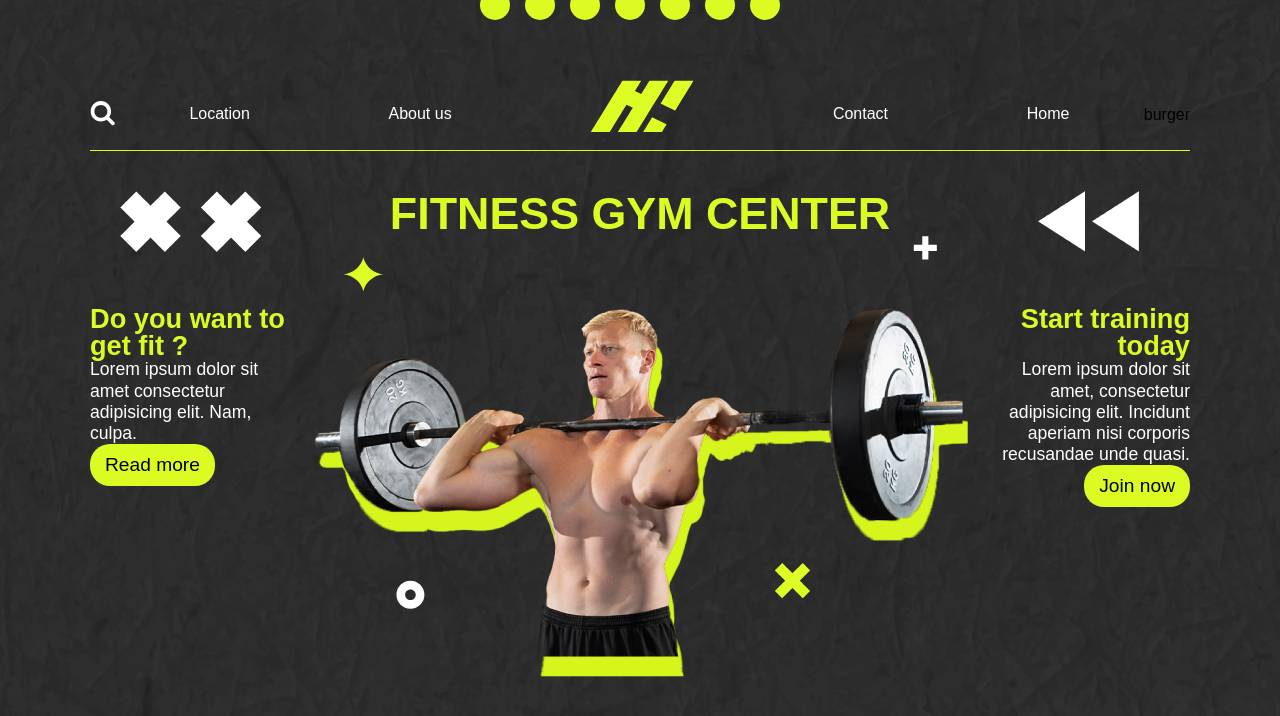
Repository: sem1103/fitness-test
Page: index.html
An editor plug-in stored every save of this project. The page is shown before and after the next save, followed by the edit.
The browser window is 1280 px wide. The pictures show the whole page.

Above is the page before, as saved 2023-11-03 18:48:11.

### index.html
<!DOCTYPE html>
<html lang="en">
<head>
    <meta charset="UTF-8">
    <meta name="viewport" content="width=device-width, initial-scale=1.0">
    <title>Fitness</title>
    <link rel="stylesheet" href="style/reset.css"/>
    <link rel="stylesheet" href="style/main.css"/>
</head>
<body>
    <div id="circles">
        <ul>
            <li></li>
            <li></li>
            <li></li>
            <li></li>
            <li></li>
            <li></li>
            <li></li>
        </ul>
    </div>
    <header class="container">
        <div id="search">
            <svg version="1.2" xmlns="http://www.w3.org/2000/svg" viewBox="0 0 25 25" width="25" height="25"><style>.a{fill:#fff}</style><path fill-rule="evenodd" class="a" d="m23 24.2c-0.5 0-1 0-1.4-0.5-4.9-4.9-4.9-4.9-4.9-4.9-1.9 1.2-3.7 1.6-5.8 1.6-5.6 0-10.2-4.4-10.2-10 0-5.8 4.6-10.3 10.2-10.3 5.6 0 10.2 4.5 10.2 10.3 0 1.9-0.7 4-1.9 5.6 4.9 5.1 4.9 5.1 4.9 5.1 0.5 0.3 0.7 0.7 0.7 1.2 0 1.2-0.9 1.9-1.8 1.9zm-12.1-20.3c-3.7 0-6.5 2.8-6.5 6.5 0 3.5 2.8 6.3 6.5 6.3 3.5 0 6.5-2.8 6.5-6.3 0-3.7-3-6.5-6.5-6.5z"/></svg>
        </div>
        <nav>
            <ul>
                <li><a href="">Location</a></li>
                <li><a href="">About us</a></li>
                <li><a href=""><img src="./img/logo.png" alt="Logo"></a></li>
                <li><a href="">Contact</a></li>
                <li><a href="">Home</a></li>
            </ul>
        </nav>
        <div id="burger__menu">burger</div>
    </header>
    <main>

        <div id="intro" class="container">
            <div class="side__section">
                <div class="img">
                    <img src="img/section-one.png" alt="">
                </div>
                <h2>Do you want
                    to get fit ?</h2>
                <p>Lorem ipsum dolor sit amet consectetur adipisicing elit. Nam, culpa.</p>
                <button>Read more</button>
            </div>
            <div class="main__section">
                <h1>FITNESS GYM
                    CENTER</h1>
                <img src="img/section-two.png" alt="">
            </div>
            <div class="side__section">
                <div class="img">
                    <img src="img/section-three.png" alt="">
                </div>
                <h2>Start training
                    today</h2>
                <p>Lorem ipsum dolor sit amet, consectetur adipisicing elit. Incidunt aperiam nisi corporis recusandae unde quasi.</p>
                <button>Join now</button>
            </div>
        </div>


    </main>
</body>
</html>

### style/reset.css
html, body, div, span, applet, object, iframe,
h1, h2, h3, h4, h5, h6, p, blockquote, pre,
a, abbr, acronym, address, big, cite, code,
del, dfn, em, img, ins, kbd, q, s, samp,
small, strike, strong, sub, sup, tt, var,
b, u, i, center,
dl, dt, dd, ol, ul, li,
fieldset, form, label, legend,
table, caption, tbody, tfoot, thead, tr, th, td,
article, aside, canvas, details, embed,
figure, figcaption, footer, header, hgroup,
menu, nav, output, ruby, section, summary,
time, mark, audio, video {
	margin: 0;
	padding: 0;
	border: 0;
	font-size: 100%;
	font: inherit;
	vertical-align: baseline;
}
/* HTML5 display-role reset for older browsers */
article, aside, details, figcaption, figure,
footer, header, hgroup, menu, nav, section {
	display: block;
}
body {
	line-height: 1;
	font-family: Arial, Helvetica, sans-serif;
}
ol, ul {
	list-style: none;
}
blockquote, q {
	quotes: none;
}
blockquote:before, blockquote:after,
q:before, q:after {
	content: '';
	content: none;
}
table {
	border-collapse: collapse;
	border-spacing: 0;
}
a{
	text-decoration: none;
}

### style/main.css
.container {
    max-width: 1100px;
    margin: auto;
}

body {
    background: url(./../img/background.png) center/cover;
    min-height: 100vh;
}

#circles ul {
    display: flex;
    flex-direction: row;
    width: 100%;
    justify-content: center;
    gap: 15px;
    margin: -10px;
}

#circles li {
    padding: 15px;
    border-radius: 50%;
    background-color: #dbfb23;
}

header {
    padding: 70px 0 0 0;
    border-bottom: 1px solid #dbfb23;
}

header,
nav ul {
    display: flex;
    flex-direction: row;
    justify-content: space-between;
    align-items: center;
}

nav {
    flex-basis: 80%;
}

nav ul {
    align-items: stretch;
}

nav li {
    display: flex;
    align-items: center;
    transition: all .3s ease-in-out;
    border-bottom: 2px solid transparent;
}
nav li:nth-child(3){
    margin: 0 0 15px 0;
    border: 0;
}
nav a {
    color: #fff;
}

nav li:hover {
    color: #dbfb23;
    transition: all .3s ease-in-out;
    border-color: #fff;
}
h1{
    font-size: 2.8rem;
    font-weight: 900;
    color: #dbfb23;
    text-align: center;
}
h2{
    color: #dbfb23;
    font-size: 1.7rem;
    font-weight: 600;
}
#intro{
    display: flex;
    flex-direction: row;
    padding: 40px 10px;
    gap: 20px;
}
#intro p{
    color: #fff;
    font-size: 1.1rem;
    line-height: 1.2;
}

#intro button{
    border: 0;
    outline: 0;
    padding: 10px 15px;
    background-color: #dbfb23;
    border-radius: 20px;
    font-size: 1.2rem;
    cursor: pointer;
}
.img{
    text-align: center;
    margin: 0 0 50px 0;
}
.side__section{
    flex-basis: 25%;
}
.side__section:last-of-type{
    text-align: right;
}

After the next save:
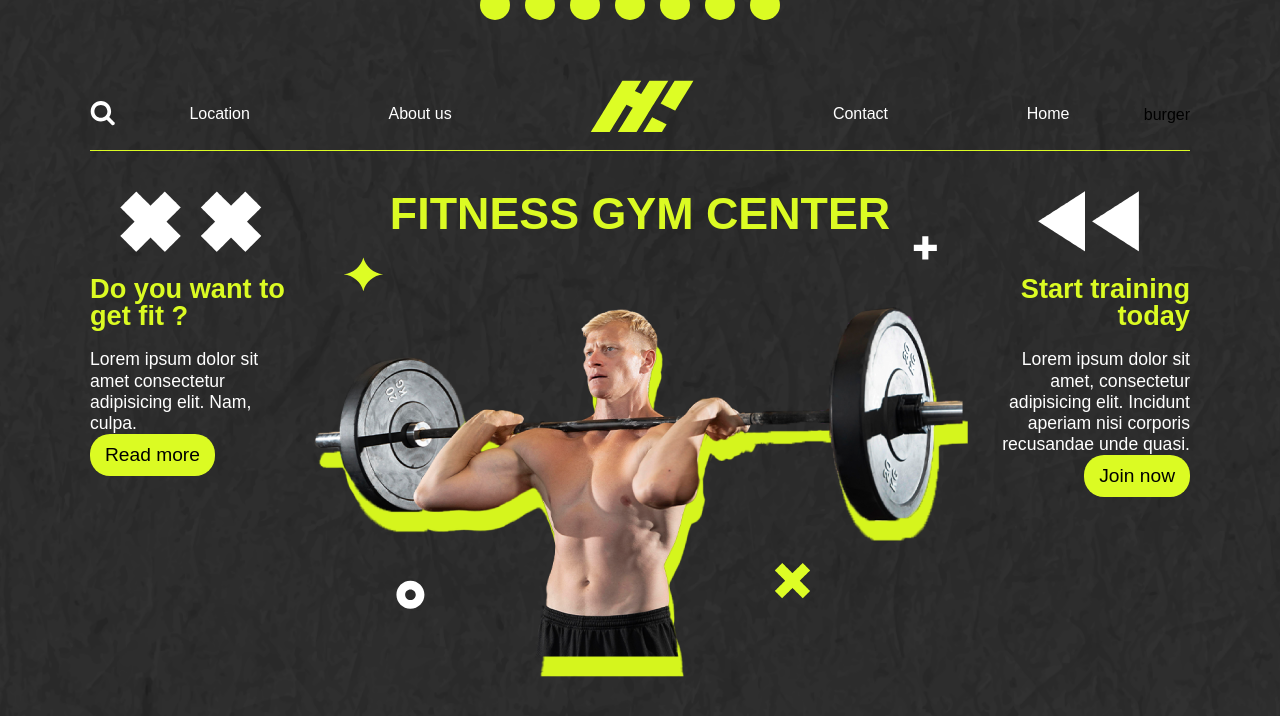
Saved 35 s later.
--- a/style/main.css
+++ b/style/main.css
@@ -97,11 +97,14 @@
 }
 .img{
     text-align: center;
-    margin: 0 0 50px 0;
+    margin: 0 0 10px 0;
 }
 .side__section{
     flex-basis: 25%;
 }
+.side__section h2{
+    margin: 20px 0;
+}
 .side__section:last-of-type{
     text-align: right;
 }
